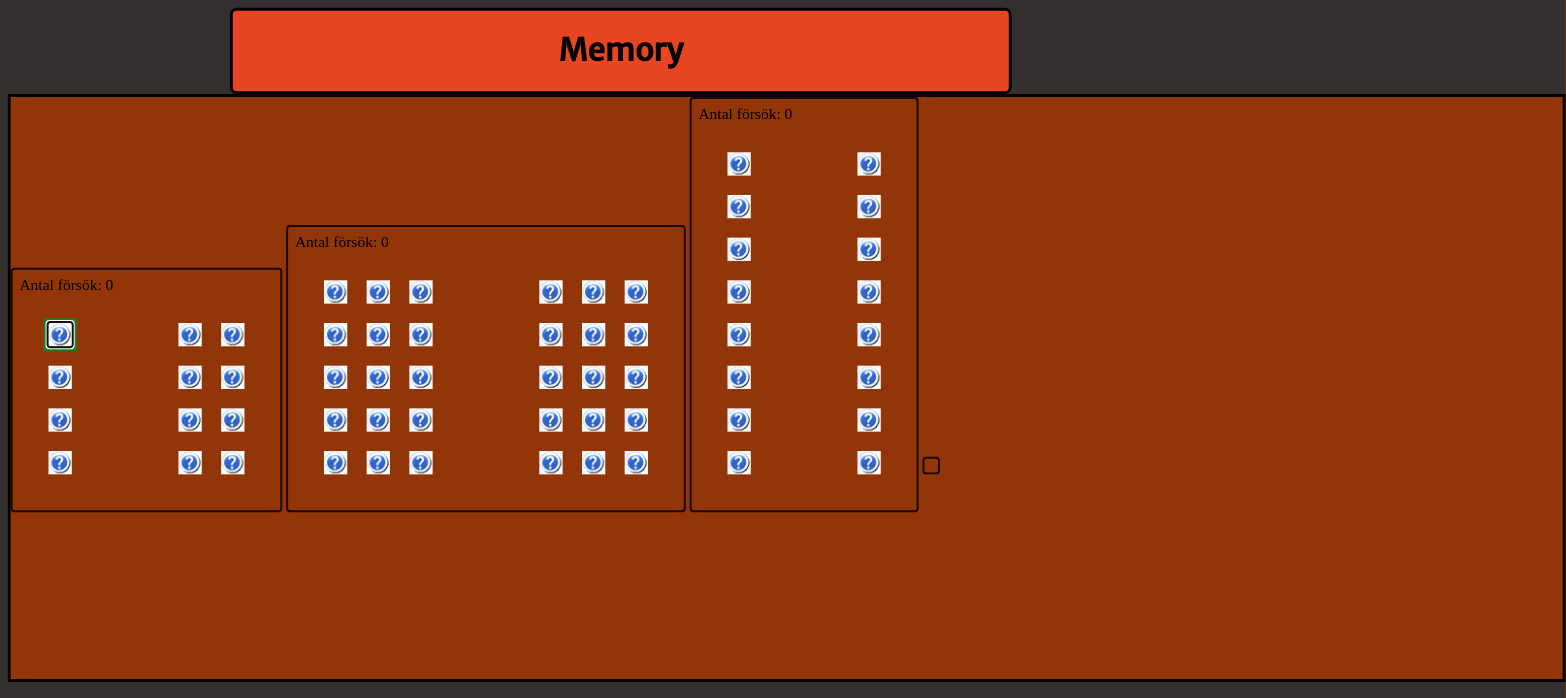
Repository: mi222eh/1dv403-laborationer
Page: 3-gameon/memory/index.html
The author's editor kept a record of every edit. The page is drawn from the files as they stood at one moment, then again after the next edit.
The browser window is 1280 px wide. The page is 1614 px wide, so the pictures cover 1614 px, including what lies to the right of the window. The pictures show the whole page, at 97% of full size.

Above is the page before.

### 3-gameon/memory/index.html
<!DOCTYPE html>
<html lang="sv">
    <head>
        <meta charset="utf-8" />
        <title>Memory</title>
        <link rel="stylesheet" href="css/basic.css" type="text/css" />
    </head>
    <body>
        <div id="head">
            <header>
                <h1>
                    Memory
                </h1>
            </header>
        </div>
        <div id="gamingBoard">

            <div id="game1" class="gaming"></div>
            <div id="game2" class="gaming"></div>
            <div id="game3" class="gaming"></div>
            <div id="game4" class="gaming"></div>
        </div>

        <script type="text/javascript" src="script/memory.js"></script>
        <script type="text/javascript" src="script/random.js"></script>
        <script type="text/javascript" src="script/script.js"></script>
        <script type="text/javascript" src="script/games.js"></script>
    </body>
</html>

### 3-gameon/memory/css/basic.css
@import url(https://fonts.googleapis.com/css?family=Merriweather+Sans);

body {
    background-color:#33302F;
}

#head {
    margin:0 auto;
    width:800px;
    background-color:#E84623;
    text-align:center;
    border:solid #000000 3px;
    border-radius:7px;
    font-family:"Merriweather Sans";
}


#gamingBoard{
    width:1600px;
    min-height:600px;
    background-color:#923508;
    margin:0 auto;
    border:solid 3px;
}
#gamingBoard > div{
    border-bottom:solid #000000 2px;
}

#gamingBoard > div{
    display:inline-block;
    border: solid #190701 2px;
    border-radius:4px;
    padding:7px;
}

.bricks{
    padding:20px;
}

.row{
    display:block;
}

.row > div{
    display:inline-block;
    padding:10px;

}

.row div > a{
    display:block;
    background-color:#FFFFFF;
    font-size:24px;
    width:24px;
    height:24px;
    text-decoration:none;
    color:#000000;
}
.row div a img {
    text-align:center;
}
.row div a:focus{
    box-shadow:0px 0px 0px 5px #207D27;
}

div.rightPadding{
    padding-top:10px;
    padding-bottom:10px;
    padding-left:10px;
    padding-right:100px;
}

.gaming ._tries {
    display:inline-block;
}

._win {
    color:#128A02;
    font-size:24px;
}

### 3-gameon/memory/script/memory.js
"use strict"

function MemoryGame(row, col, gameID, gameLayoutID){

    //Variabler som kommer att användas
    var focusX = 0;                                             //Fixerar fokuset (X)
    var focusY = 0;                                             //Fixerar fokuset (Y)
    var THIS = this;
    var memory_Values = [];                                     //ska lagra 2 värden (brickorna)
    var numberOfSuccess = 0;                                    //lager för antalet succéer
    var numberOfTries = 0;

    //<-----           Metoder till variablerna            ------>//
    this.setfocusX = function(i){focusX = i};
    this.setfocusY = function(i){focusY = i};

    this.addnumberOfTries = function(i){numberOfTries += i;};
    this.getnumberOfTries = function(){return numberOfTries};

    this.addnmberOfSuccess = function(i){numberOfSuccess += i};
    this.getnumberOfSuccess = function(){return numberOfSuccess};

    this.getgameLayoutID = function(){return gameLayoutID};
    this.getgameID = function(){return gameID};

    this.getRow = function(){return row};
    this.getCol = function(){return col};

    this.getPosition = function(i){return Position[i]};
    this.setPosition = function(ref){Position.push(ref)};
    this.getPositionArray = function(){return Position};

    this.setmemoryValue = function(ref){memory_Values.push(ref)};
    this.getmemoryValue = function(i){return memory_Values[i]};
    this.getWholememoryValue = function(){return memory_Values};
    this.clearmemoryValue = function(){memory_Values = []};

    //<-------          Metoder för fokuset             ----->//
    this.handleDown = function(){
        if ((focusY + 1) < (row)) {
            focusY += 1;
        }
        this.focus();
    };
    this.handleUp = function(){
      if ((focusY - 1) >= 0) {
          focusY += -1;
      }
      this.focus();
    };
    this.handleLeft = function(){
        if ((focusX - 1) >= 0) {
            focusX += -1;
        }
        this.focus();
    };
    this.handleRight = function(){
        if ((focusX+1) < (col)) {
            focusX += 1;
        }
        this.focus();
    };
    this.focus = function(){
        var targetFocus = document.getElementById(gameID).getElementsByClassName('bricks')[0];
        var rowNumber = targetFocus.childNodes[focusY];
        var columnNumber = rowNumber.childNodes[focusX];
        columnNumber.childNodes[0].focus();
    };


    //                  Array för slumpade siffror
    var Position = RandomGenerator.getPictureArray(this.getRow(), this.getCol());

    //              Område för spelplanen@
    this.area = document.getElementById(gameID);


}

    //<-------          Metod för att generera spelplanen   ------>//
    MemoryGame.prototype.generateGame = function(){

        //Generar allt gemensamt här...
        var gameInfoDiv = document.createElement('div');
        var textNode = document.createTextNode('Antal försök: ');
        var divtext = document.createElement('div');
        var divWin = document.createElement('div');
        var divNumber = document.createElement('div');

        divNumber.classList.add('_tries');
        divWin.classList.add('_win');

        divtext.appendChild(textNode);
        divtext.appendChild(divNumber);
        gameInfoDiv.appendChild(divtext);
        gameInfoDiv.appendChild(divWin);
        this.area.appendChild(gameInfoDiv);

        //Beorende på ID, skapa layout
        if (this.getgameLayoutID() === 0) {

            this.area.appendChild(this.layout0());
        }
        else if (this.getgameLayoutID() === 1) {

            this.area.appendChild(this.layout1());
        }
        this.updateNumbers();
    };

    // <------- För ID 0-------->//
    MemoryGame.prototype.layout0 = function(){
        var i,m, img, coldiv, rowdiv, a;
        var _this = this;

        var picture = 0;

        var masterdiv = document.createElement('div');
        masterdiv.classList.add('bricks');

        for (i = 0; i < this.getRow(); i+=1) {

            rowdiv = document.createElement('row');
            rowdiv.classList.add('row');
            for (m = 0; m < Math.floor((this.getCol()/2)); m+=1) {

                coldiv = document.createElement('div');
                img = document.createElement('img');
                a = document.createElement('a');

                //konfigurationer
                img.setAttribute("alt", "?");
                img.setAttribute("height", "24px");
                img.setAttribute("width", "24px");
                img.setAttribute("src", "pics/0.png");
                img.classList.add("_" + picture);

                a.setAttribute("href", "#");
                a.addEventListener("click", function(event) {
                    _this.clickAction(event);
                 });
                        a.addEventListener("keypress", function(event) {
                        _this.navigation(event);
                 });

                //sätta dit
                a.appendChild(img);
                coldiv.appendChild(a);

                rowdiv.appendChild(coldiv);
                picture += 1;
                if (m === (Math.floor((this.getCol()/2)-1))) {
                    coldiv.classList.add('rightPadding');
                }

            }

            for (m = Math.floor((this.getCol()/2)); m < this.getCol() ; m+=1) {
                coldiv = document.createElement('div');
                img = document.createElement('img');
                a = document.createElement('a');

                //konfigurationer
                img.setAttribute("alt", "?");
                img.setAttribute("height", "24px");
                img.setAttribute("width", "24px");
                img.setAttribute("src", "pics/0.png");
                img.classList.add("_" + picture);

                a.setAttribute("href", "#");
                a.addEventListener("click", function(event) {
                    _this.clickAction(event);
                 });
                        a.addEventListener("keypress", function(event) {
                        _this.navigation(event);
                 });

                //sätta dit
                a.appendChild(img);
                coldiv.appendChild(a);

                rowdiv.appendChild(coldiv);
                picture += 1;
                if (m === Math.floor((this.getCol()/2))) {
                    coldiv.classList.add('leftPadding');
                }
            }
            masterdiv.appendChild(rowdiv);
        }
        return masterdiv;
    };

    // <------- För ID 1-------->//
    MemoryGame.prototype.layout1 = function(){
        var _this = this;

        //Variabel för att hålla koll på antalet bilder...
        var picture = 0;

        //En div som håller alla brickor
        var masterdiv = document.createElement('div');
        masterdiv.classList.add('bricks');

        //<------- Generar rad och kolumn beroende av parametrarna ------>//
        for (var i = 0; i < this.getRow(); i+=1) {

            var rowdiv = document.createElement('div');
            rowdiv.classList.add('row');                    //klass skapas för stilmallen

            for (var m = 0; m < this.getCol(); m+=1) {

                //taggar
                var coldiv = document.createElement('div');
                var img = document.createElement('img');
                var a = document.createElement('a');

                //konfigurationer
                img.setAttribute("alt", "?");
                img.setAttribute("height", "24px");
                img.setAttribute("width", "24px");
                img.setAttribute("src", "pics/0.png");
                img.classList.add("_" + picture);

                a.setAttribute("href", "#");
                a.addEventListener("click", function(event) {
                    _this.clickAction(event);
                 });
                a.addEventListener("keypress", function(event){
                    _this.navigation(event);
                });


                //sätta dit
                a.appendChild(img);
                coldiv.appendChild(a);

                rowdiv.appendChild(coldiv);
                picture += 1;
            }
            masterdiv.appendChild(rowdiv);
        }

        return masterdiv;           //returnera mäster-diven
    };

    //<------- Metod för navigation ------->//
    MemoryGame.prototype.navigation = function(event){
        var code = event.keyCode;

        switch (code) {
            case 38:
                this.handleUp();
                event.preventDefault();
                break;

            case 37:
                this.handleLeft();
                event.preventDefault();
                break;

            case 39:
                this.handleRight();
                event.preventDefault();
                break;

            case 40:
                this.handleDown();
                event.preventDefault();
                break;

            default:
        }
    }

    //<--------------   Metod för klickhändelser (då en bricka ska vändas) -------->//
    MemoryGame.prototype.clickAction = function(event){
                var _this = this;

                var a = event.currentTarget;
                var aClone = a.cloneNode(true);

                //Ersätt a med klonad a (för att ta bort listeners)
                a.parentNode.replaceChild(aClone, a);

                var image = aClone.childNodes[0];
                var index = image.getAttribute('class').slice(1);




                //Nya attribut på bilden sätts
                image.setAttribute("alt", this.getPosition(index));
                image.setAttribute("src", "pics/" + this.getPosition(index) + ".png");



                //Hoppsan, "keypress" gick också bort
                aClone.addEventListener("keypress", function(event) {
                    _this.navigation(event);
                });


                this.checkValues(aClone.childNodes[0]);
                _this.setXAndYFocus(aClone);






    };

    //<------------------- Kontroll av värden (och lagrande) ---------->//
    MemoryGame.prototype.checkValues = function(targetValue){

        var _this = this;

        //Sätt in referensen till image-taggen i arrayen
        this.setmemoryValue(targetValue);
        console.log(this.getWholememoryValue());

        //Kolla arrayens storlek (förutsätter att den blir högst två, men man vet aldrig)
        if (_this.getWholememoryValue().length >= 2) {


            if(_this.validateValues()){

                _this.addnmberOfSuccess(2);
                _this.clearmemoryValue();
            }

            else{

                setTimeout(_this.flipBack, 1000, _this);

            }
            _this.addnumberOfTries(1);
            _this.updateNumbers();

        }
    };
    //<----------------  Jämför värden i arrayen ------------->//
    MemoryGame.prototype.validateValues = function(){

        //hämta ut till en lokal variabel
        var img1 = this.getmemoryValue(0);
        var img2 = this.getmemoryValue(1);

        var pos1 = img1.getAttribute('class').slice(1);
        var pos2 = img2.getAttribute('class').slice(1);

        if (this.getPosition(pos1) === this.getPosition(pos2)) {
          return true;
        }

        else{
            return false;
        }
    };

    //<------------------ Ansvara för att vända tillbaka brickorna ------------>//
    MemoryGame.prototype.flipBack = function(_this){

        console.log(_this);
        //sätt attribut och alt...
        _this.getmemoryValue(0).setAttribute("src", "pics/0.png");
        _this.getmemoryValue(0).setAttribute("alt", "?");

        _this.getmemoryValue(1).setAttribute("src", "pics/0.png");
        _this.getmemoryValue(1).setAttribute("alt", "?");

        //Lägg till listeners igen
        _this.getmemoryValue(0).parentNode.addEventListener("click", function(event) {
                    _this.clickAction(event);
                 });
        _this.getmemoryValue(1).parentNode.addEventListener("click", function(event) {
                    _this.clickAction(event);
                 });

        _this.clearmemoryValue();

    };

    //<------------------ Uppdaterar numret ------------>//
    MemoryGame.prototype.updateNumbers = function(){
        var placeToWriteNumber = document.getElementById(this.getgameID()).getElementsByClassName('_tries')[0];
        placeToWriteNumber.innerHTML = this.getnumberOfTries();

        if (this.getnumberOfSuccess() === this.getPositionArray().length) {
            var winplace = document.getElementById(this.getgameID()).getElementsByClassName('_win')[0];
            winplace.innerHTML = "Du har klarat detta memory!";
        }
    };

    //<------------------ X och Y focus (tillagd för att inte göra konflikt med onClick eventet) ------------>//
    MemoryGame.prototype.setXAndYFocus = function(focusingTarget){
        var x = 0, y = 0, tmpTarget;

        focusingTarget = focusingTarget.parentNode;

        tmpTarget = focusingTarget;

        while ((focusingTarget = focusingTarget.previousSibling) != null){
            x += 1;
        }
        var YNode = tmpTarget.parentNode;

        while ((YNode = YNode.previousSibling) != null){
            y += 1;
        }

        this.setfocusX(x);
        this.setfocusY(y);
        this.focus();
    };

### 3-gameon/memory/script/random.js
var RandomGenerator = {

	/*
		Denna metod tar antalet rader och columner som inparameter.

		Metoden returnerar en array innehållandes utslumpade tal mellan 1 och (rows*cols)/2. Varje tal representeras två
		gånger och motsvarar således en spelbricka.

		I en 4*4 matris kan Arrayen t.ex. se ut så här:
		[1,2,6,8,6,2,5,3,1,3,7,5,8,4,4,7]

		I en 2*4 matris kan Arrayen t.ex. se ut så här:
		[3,4,4,1,2,1,2,3]
	*/

	getPictureArray: function(rows, cols)
	{
		var numberOfImages = rows*cols;
		var maxImageNumber = numberOfImages/2;

	   	var imgPlace = [];

	   //Utplacering av bilder i Array
	   for(var i=0; i<numberOfImages; i++)
		  imgPlace[i] = 0;

		for(var currentImageNumber=1; currentImageNumber<=maxImageNumber; currentImageNumber++)
		{
			var imageOneOK = false;
			var imageTwoOK = false;

			do
			{
				if(imageOneOK == false)
				{
					var randomOne = Math.floor( (Math.random() * (rows*cols-0) + 0) );

					if( imgPlace[randomOne] == 0 )
					{
						imgPlace[randomOne] = currentImageNumber;
						imageOneOK = true;
					}
				}

				if(imageTwoOK == false)
				{
					var randomTwo = Math.floor( (Math.random() * (rows*cols-0) + 0) );

					if( imgPlace[randomTwo] == 0 )
					{
						imgPlace[randomTwo] = currentImageNumber;
						imageTwoOK = true;
					}
				}
			}
			while(imageOneOK == false || imageTwoOK == false);
		}

		return imgPlace;
	}
}

### 3-gameon/memory/script/script.js
"use strict"

window.onload = function(){
    myGames.init();
};

document.onkeydown = function(e){
    var code = e.keyCode;

    console.log(code);

    switch (code) {
        case 38:
            handleUp();
            e.preventDefault();
            break;

        case 37:
            handleLeft();
            e.preventDefault();
            break;

        case 39:
            handleRight();
            e.preventDefault();
            break;

        case 40:
            handleDown();
            e.preventDefault();
            break;

        default:
            // code
    }

};

### 3-gameon/memory/script/games.js
var myGames = {
    init: function(){
        var game1 = new MemoryGame(4, 3, "game1", 0);
        var game2 = new MemoryGame(5, 6, "game2", 0);
        var game3 = new MemoryGame(8, 2, "game3", 0);
        game1.generateGame();
        game2.generateGame();
        game3.generateGame();
        console.log(game1);
        console.log(game2);

        game1.focus();
    }
};

After the next edit:
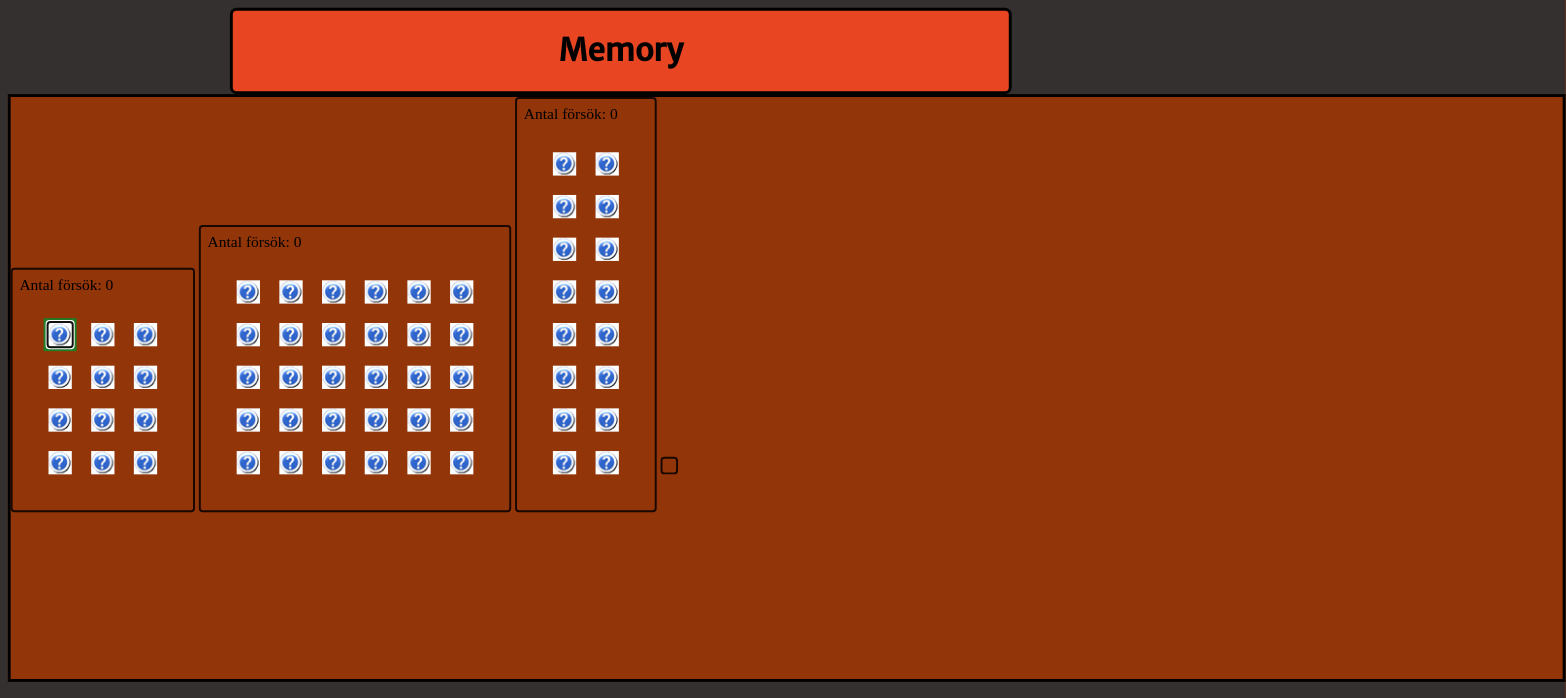
The edit:
--- a/3-gameon/memory/script/games.js
+++ b/3-gameon/memory/script/games.js
@@ -1,8 +1,8 @@
 var myGames = {
     init: function(){
-        var game1 = new MemoryGame(4, 3, "game1", 0);
-        var game2 = new MemoryGame(5, 6, "game2", 0);
-        var game3 = new MemoryGame(8, 2, "game3", 0);
+        var game1 = new MemoryGame(4, 3, "game1", 1);
+        var game2 = new MemoryGame(5, 6, "game2", 1);
+        var game3 = new MemoryGame(8, 2, "game3", 1);
         game1.generateGame();
         game2.generateGame();
         game3.generateGame();
